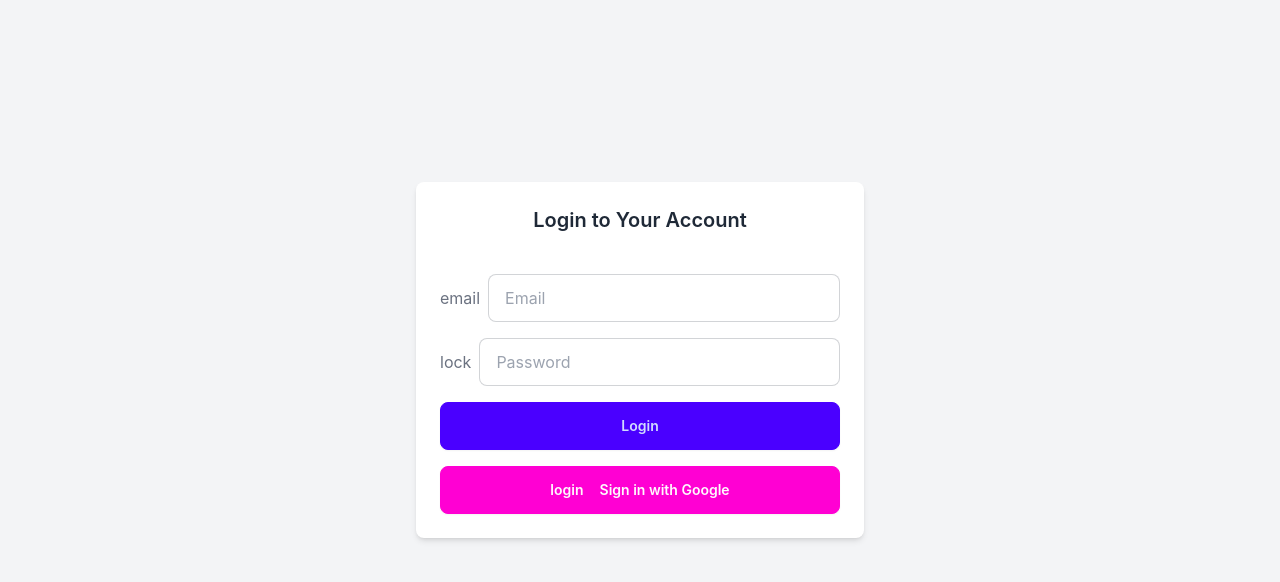
Repository: ossioa/instagrmmanu
Page: /
An editor plug-in stored every save of this project. The page is shown before and after the next save, followed by the edit.
The browser window is 1280 px wide. The pictures show the whole page.
The project was rebuilt for these pictures with package versions that can differ from the ones it lists, and the page was loaded fresh each time. Also part of the build but not shown: src/Components/Auth/Signup.js, src/Components/Common/Navbar.jsx, src/Components/Common/Layout.jsx, src/Components/Profile/EditProfile.jsx, src/Components/Post/CreatePost.jsx.

Above is the page before, as saved 2024-05-11 14:57:29.

### src/App.js
import React from 'react';
import { BrowserRouter as Router, Routes, Route, Navigate } from 'react-router-dom';
import { AuthProvider } from './contexts/AuthContext';
import Login from './Components/Auth/Login';
import Signup from './Components/Auth/Signup';
import Layout from './Components/Common/Layout';
import EditProfile from './Components/Profile/EditProfile';
import CreatePost from './Components/Post/CreatePost';
import PrivateRoute from './Components/Common/PrivateRoute';
import Navbar from './Components/Common/Navbar';


function App() {
  return (
    <Router>
      <AuthProvider>
        <Routes>
          <Route path="/login" element={<Login />} />
          <Route path="/signup" element={<Signup />} />
          <Route path="/" element={
            <PrivateRoute>
              <Layout>
                <EditProfile />
                <CreatePost />
                <Navbar/>
              </Layout>
            </PrivateRoute>
          } />
          <Route path="*" element={<Navigate to="/" />} />
        </Routes>
      </AuthProvider>
    </Router>
  );
}

export default App;

### src/contexts/AuthContext.jsx
import React, { createContext, useContext, useState, useEffect } from 'react';
import { auth } from '../config/firebase';
import { onAuthStateChanged } from 'firebase/auth';

const AuthContext = createContext();

export const AuthProvider = ({ children }) => {
  const [user, setUser] = useState(null);
  const [isLoading, setIsLoading] = useState(true); // Track loading state

  useEffect(() => {
    const unsubscribe = onAuthStateChanged(auth, (user) => {
      setUser(user);
      setIsLoading(false); // Update loading state when auth state is resolved
    });

    return () => unsubscribe();
  }, []);

  return (
    <AuthContext.Provider value={{ user, isLoading }}>
      {children}
    </AuthContext.Provider>
  );
};

export const useAuth = () => useContext(AuthContext);

### src/Components/Auth/Login.jsx
import React, { useState } from 'react';
import { auth } from '../../config/firebase';
import { signInWithEmailAndPassword, GoogleAuthProvider, signInWithPopup } from 'firebase/auth';

const Login = () => {
  const [email, setEmail] = useState('');
  const [password, setPassword] = useState('');

  const handleEmailLogin = async (event) => {
    event.preventDefault();
    try {
      const userCredential = await signInWithEmailAndPassword(auth, email, password);
      console.log('Logged in Successfully:', userCredential.user);
    } catch (error) {
      console.error('Error Logging in:', error);
    }
  };

  const googleSignIn = async () => {
    const provider = new GoogleAuthProvider();
    try {
      const result = await signInWithPopup(auth, provider);
      console.log('Google Sign-In Success', result.user);
    } catch (error) {
      console.error('Google Sign-In Error', error);
    }
  };

  return (
    <div className="flex justify-center items-center min-h-screen bg-gray-100">
      <form onSubmit={handleEmailLogin} className="flex flex-col p-6 space-y-4 bg-white shadow-md rounded-lg max-w-md w-full">
        <h2 className="text-xl font-semibold text-center mb-6">Login to Your Account</h2>
        <div className="flex items-center space-x-2">
          <span className="material-icons-outlined text-gray-500">email</span>
          <input
            type="email"
            value={email}
            onChange={(e) => setEmail(e.target.value)}
            placeholder="Email"
            className="input input-bordered w-full"
            autoComplete="username"
          />
        </div>
        <div className="flex items-center space-x-2">
          <span className="material-icons-outlined text-gray-500">lock</span>
          <input
            type="password"
            value={password}
            onChange={(e) => setPassword(e.target.value)}
            placeholder="Password"
            className="input input-bordered w-full"
            autoComplete="current-password"
          />
        </div>
        <button type="submit" className="btn btn-primary w-full">Login</button>
        <button type="button" onClick={googleSignIn} className="btn btn-secondary w-full flex items-center justify-center">
          <span className="material-icons-outlined mr-2">login</span>
          Sign in with Google
        </button>
      </form>
    </div>
  );
};

export default Login;

### src/Components/Common/PrivateRoute.js
import React from 'react';
import { Navigate } from 'react-router-dom';
import { useAuth } from '../../contexts/AuthContext';

const PrivateRoute = ({ children }) => {
  const { user } = useAuth(); // Assurez-vous que useAuth retourne bien les données de l'utilisateur

  // Si l'utilisateur n'est pas connecté, redirigez-le vers la page de connexion
  if (!user) {
    return <Navigate to="/login" />;
  }

  // Si l'utilisateur est connecté, affichez les composants enfants
  return children;
};

export default PrivateRoute;

### src/config/firebase.js
import { initializeApp } from 'firebase/app';
import { getFirestore } from 'firebase/firestore';
import { getAuth } from 'firebase/auth';
import { getStorage } from 'firebase/storage';
import { setPersistence, browserSessionPersistence } from 'firebase/auth';

//Firebase configuration
const firebaseConfig = {
  apiKey: "AIzaSyCRk86K_x3uTYvSoD7edeMJFlYN4vrIYAg",
  authDomain: "instagramclone241.firebaseapp.com",
  projectId: "instagramclone241",
  storageBucket: "instagramclone241.appspot.com",
  messagingSenderId: "567921808959",
  appId: "1:567921808959:web:6ca2bafa2d16ce1749ca8a"
};

// Initialize Firebase
const app = initializeApp(firebaseConfig);

// Initialize the Firebase services
const db = getFirestore(app);
const auth = getAuth(app);
const storage = getStorage(app);

setPersistence(auth, browserSessionPersistence)
  .then(() => {
    console.log("Persistence is set to session-based");
  })
  .catch((error) => {
    console.error("Error setting persistence:", error);
  });

export { db, auth, storage };

### tailwind.config.js
/** @type {import('tailwindcss').Config} */
module.exports = {
  content: [
    "./src/**/*.{js,jsx,ts,tsx}",
  ],
  theme: {
    extend: {
      animation: {
        'gradient-x':'gradient-x 10s ease infinite',
        'gradient-y':'gradient-y 10s ease infinite'
      },
      keyframes: {
        'gradient-y': {
          '0%, 100%': {
            'background-size':'400% 400%',
            'background-position': 'center top'
          },
          '50%': {
            'background-size':'200% 200%',
            'background-position': 'center center'
          }
        },
        'gradient-x': {
          '0%, 100%': {
            'background-size':'200% 200%',
            'background-position': 'left center'
          },
          '50%': {
            'background-size':'200% 200%',
            'background-position': 'right center'
          }
        }
      }
    },
  },
  plugins: [
    require('daisyui'),
  ],
}

Loaded but not shown: public/index.html (common file); src/index.js (common file); src/index.css (common file)

After the next save:
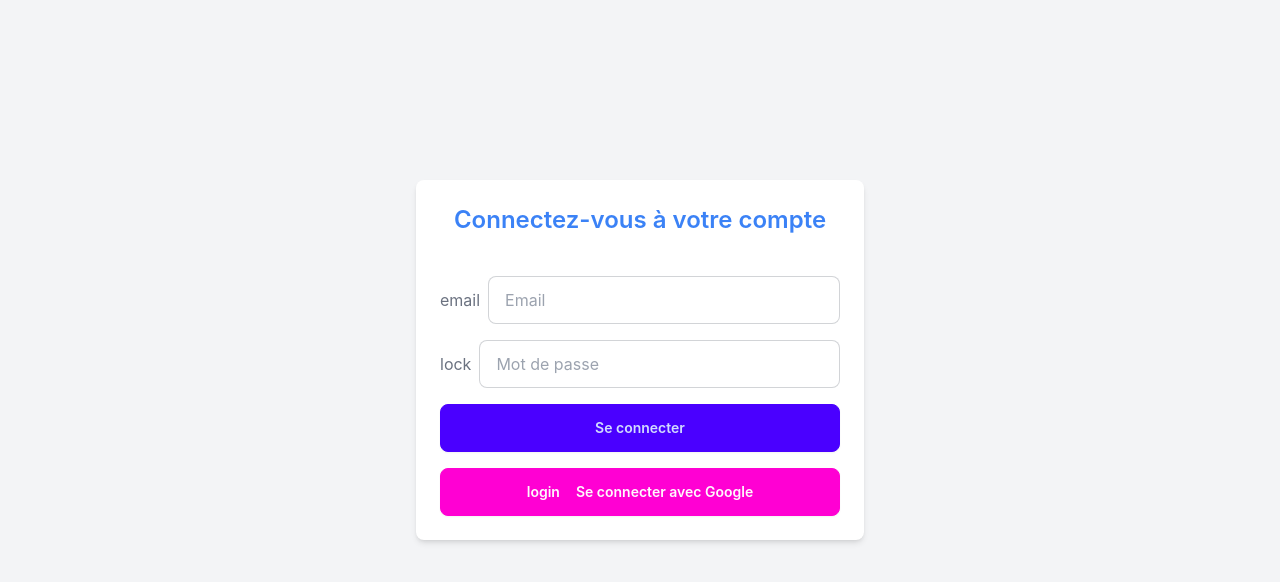
Saved 6 min 18 s later.
--- a/src/Components/Auth/Login.jsx
+++ b/src/Components/Auth/Login.jsx
@@ -29,7 +29,7 @@ const Login = () => {
   return (
     <div className="flex justify-center items-center min-h-screen bg-gray-100">
       <form onSubmit={handleEmailLogin} className="flex flex-col p-6 space-y-4 bg-white shadow-md rounded-lg max-w-md w-full">
-        <h2 className="text-xl font-semibold text-center mb-6">Login to Your Account</h2>
+        <h2 className="text-2xl font-semibold text-center mb-6 text-blue-500">Connectez-vous à votre compte</h2>
         <div className="flex items-center space-x-2">
           <span className="material-icons-outlined text-gray-500">email</span>
           <input
@@ -47,15 +47,15 @@ const Login = () => {
             type="password"
             value={password}
             onChange={(e) => setPassword(e.target.value)}
-            placeholder="Password"
+            placeholder="Mot de passe"
             className="input input-bordered w-full"
             autoComplete="current-password"
           />
         </div>
-        <button type="submit" className="btn btn-primary w-full">Login</button>
+        <button type="submit" className="btn btn-primary w-full">Se connecter</button>
         <button type="button" onClick={googleSignIn} className="btn btn-secondary w-full flex items-center justify-center">
           <span className="material-icons-outlined mr-2">login</span>
-          Sign in with Google
+          Se connecter avec Google
         </button>
       </form>
     </div>
